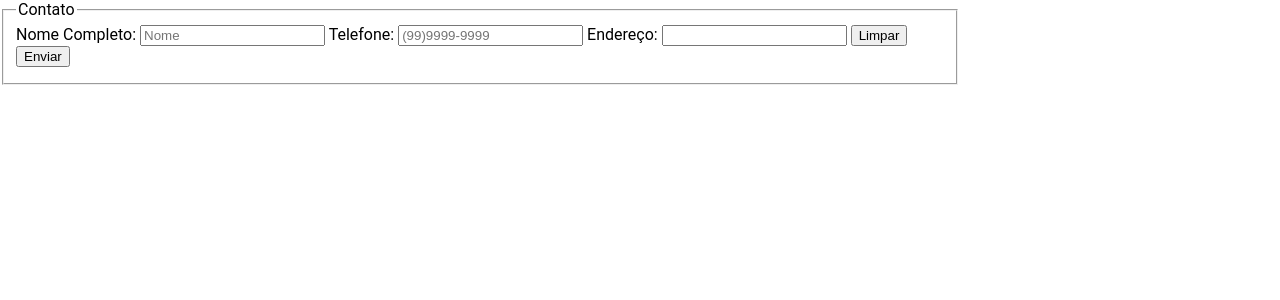
Repository: PedroViniciusVeiga/ProjetoColdigo
Page: exemploServlet/WebContent/contato.html
These files come from the project's save history. The page is drawn as it stood at one moment and after the next save; the edit follows.
The browser window is 1280 px wide. The pictures show the whole page.

Above is the page before, as saved 2021-04-07 02:23:19.

After the next save:
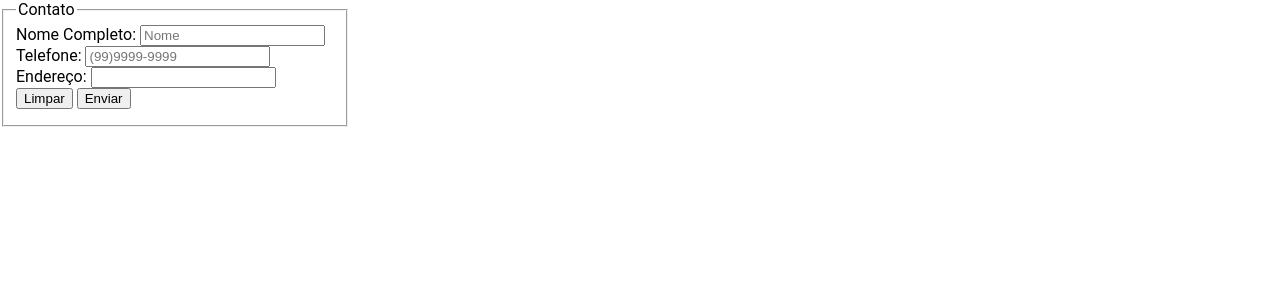
Saved 2 min 6 s later.
--- a/exemploServlet/WebContent/css/siteContato.css
+++ b/exemploServlet/WebContent/css/siteContato.css
@@ -16,6 +16,6 @@ section{
 
 .blocoForm{
 	float:left;
-	width: 75%;
+	width: 350px;
 	height: 400px;
 }
